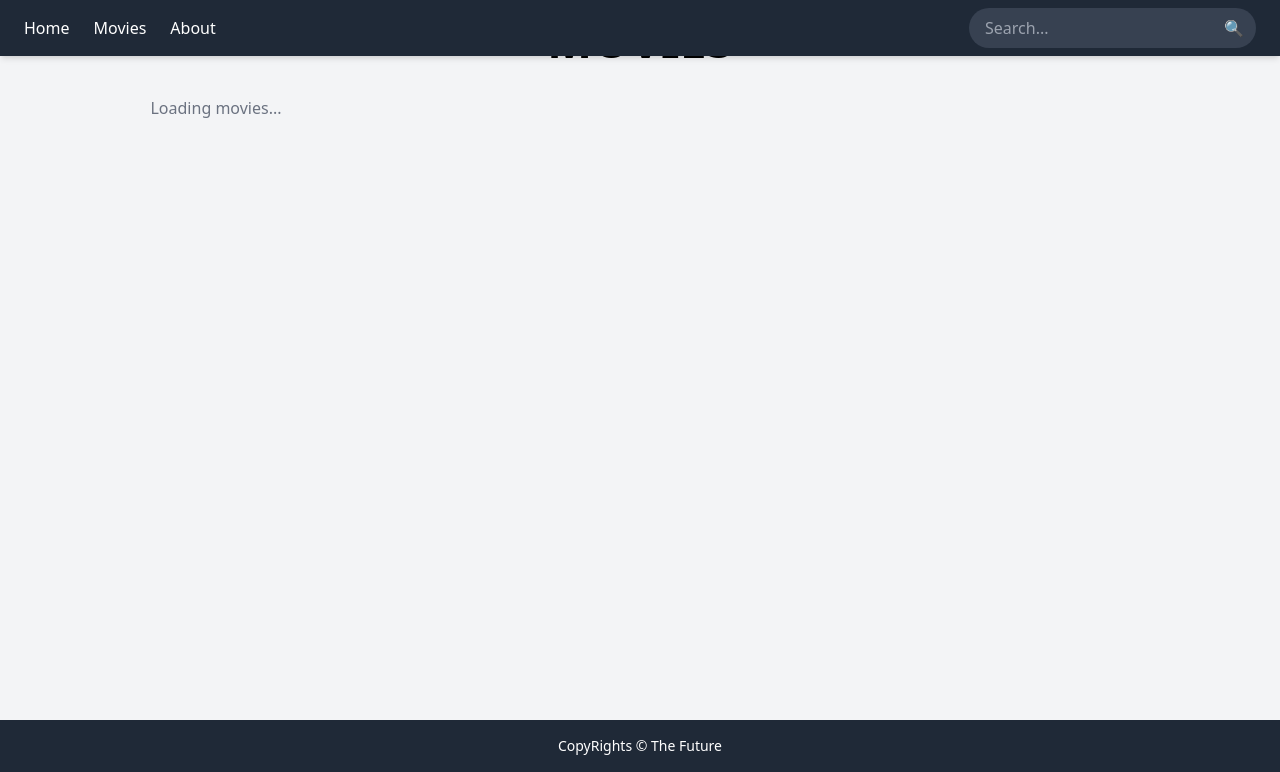
Repository: TheSecretlifeOfX/Movie-Rating
Page: /movies
An editor plug-in stored every save of this project. The page is shown before and after the next save, followed by the edit.
The browser window is 1280 px wide. The pictures show the whole page.
The page's requests for data from a server got no answer. The project was rebuilt for these pictures with package versions that can differ from the ones it lists, and the page was loaded fresh each time. The framework's server and built-in components were replaced by stand-ins that run in the browser. No one was signed in, and anything a server would have sent is missing. Also part of the build but not shown: next.config.ts.

Above is the page before, as saved 2024-11-29 08:45:22.

After the next save:
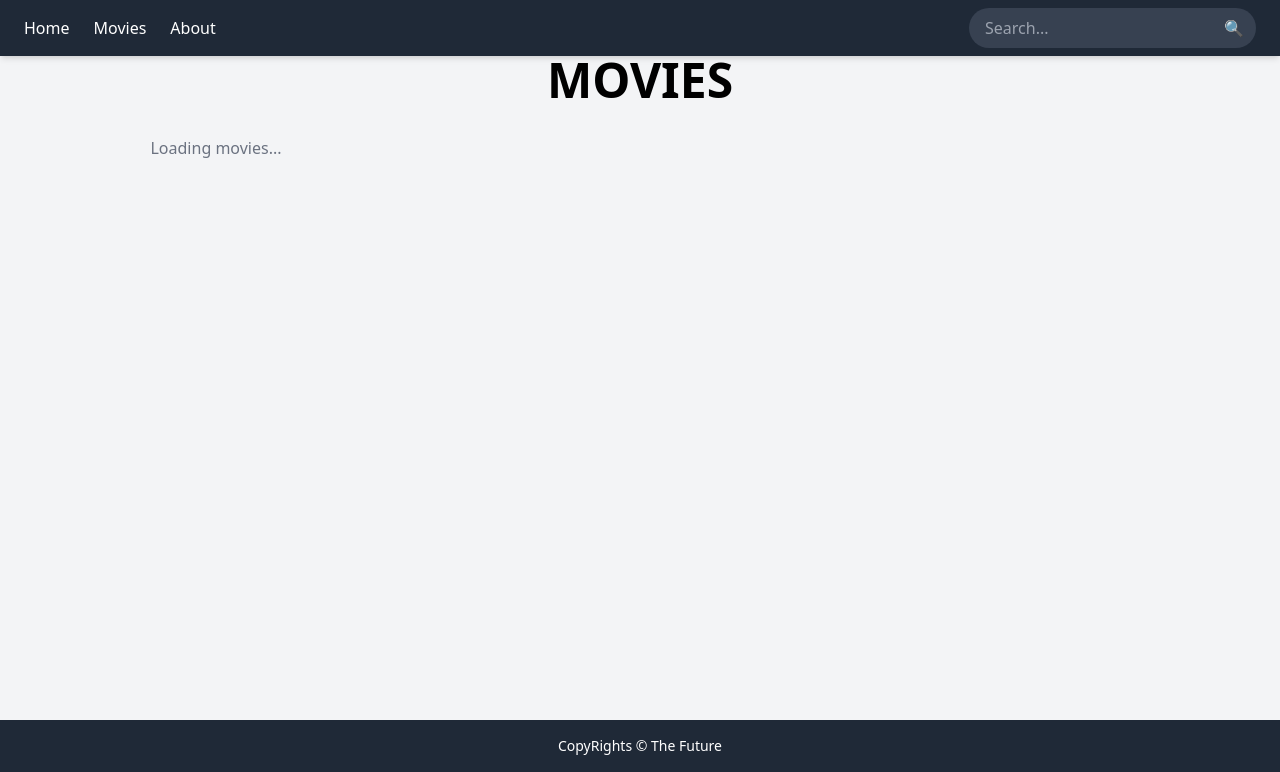
Saved 49 s later.
--- a/app/movies/page.tsx
+++ b/app/movies/page.tsx
@@ -22,7 +22,7 @@
   return (
     <main className="p-4 bg-gray-100 min-h-screen">
       {/* Heading */}
-      <h1 className="text-5xl font-bold text-center mb-8">MOVIES</h1>
+      <h1 className="text-5xl font-bold text-center mt-10 mb-8">MOVIES</h1>
 
       {/* Movie List */}
       <div className="grid grid-cols-1 md:grid-cols-2 lg:grid-cols-3 gap-6">

After the save that followed:
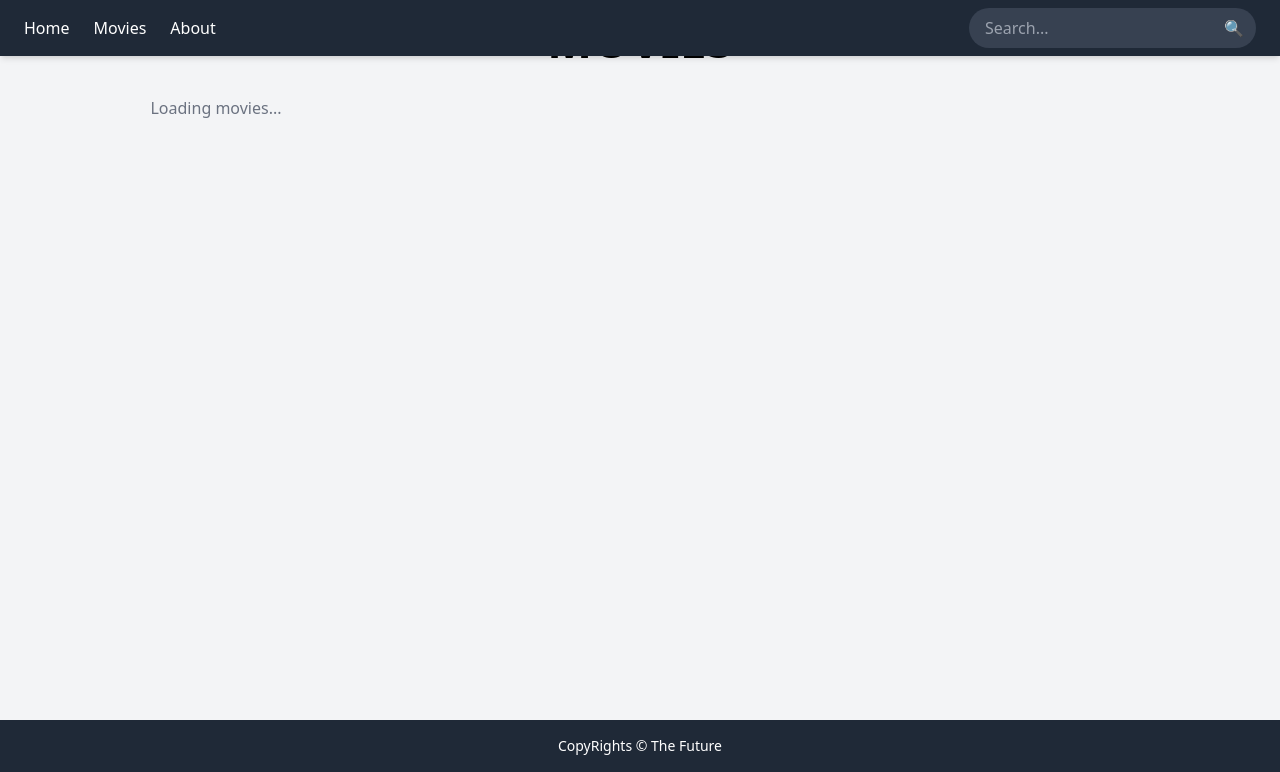
Saved 14 s later.
--- a/app/movies/page.tsx
+++ b/app/movies/page.tsx
@@ -22,7 +22,7 @@
   return (
     <main className="p-4 bg-gray-100 min-h-screen">
       {/* Heading */}
-      <h1 className="text-5xl font-bold text-center mt-10 mb-8">MOVIES</h1>
+      <h1 className="text-5xl font-bold text-center mt-15 mb-8">MOVIES</h1>
 
       {/* Movie List */}
       <div className="grid grid-cols-1 md:grid-cols-2 lg:grid-cols-3 gap-6">
